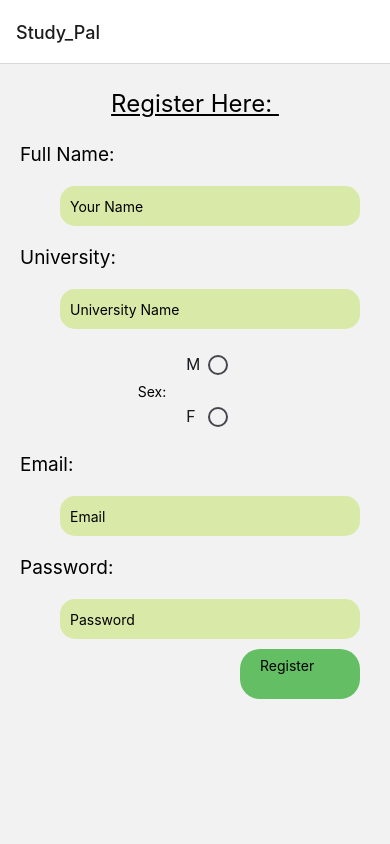
Repository: abdurehmanali611/Study-Pal
Screen: /
An editor plug-in stored every save of this project. The screen is shown before and after the next save, followed by the edit.
The app was drawn by React Native's web renderer in a window 390 px wide. The project was rebuilt for these pictures with package versions that can differ from the ones it lists, and the page was loaded fresh each time. Also part of the build but not shown: Front_Pages/Home.js, Screens/Softwareeng.js, Screens/Computersci.js, Screens/Informationsci.js, Screens/Informationtech.js, Screens/Softwarecards.js, Screens/Computercards.js, Screens/Sciencecards.js and 4 more.

Above is the screen before, as saved 2024-01-23 22:22:46.

### App.js
import { createStackNavigator } from "@react-navigation/stack";
import { NavigationContainer } from "@react-navigation/native";
import Sign_Up from "./Front_Pages/Sign_Up";
import Home from "./Front_Pages/Home";
import Softwareeng from "./Screens/Softwareeng";
import Computersci from "./Screens/Computersci";
import Informationsci from "./Screens/Informationsci";
import Informationtech from "./Screens/Informationtech";
import Softwarecards from "./Screens/Softwarecards";
import Computercards from "./Screens/Computercards";
import Sciencecards from "./Screens/Sciencecards";
import Technologycards from "./Screens/Technologycards";
import About_Us from "./Profile_pages/About_Us";
import Contacts from "./Profile_pages/Contacts";
import Setting from "./Profile_pages/Setting";

const stack = createStackNavigator();

const App = () => {

  return  <NavigationContainer>
       <stack.Navigator initialRouteName="Sign">
       <stack.Screen name="Sign" component={Sign_Up} options={{title: 'Study_Pal'}} />
       <stack.Screen name ="Home" component={Home} options={{title: 'Study_Pal'}}/>
       <stack.Screen name="software" component={Softwareeng} options={{title: 'Study_Pal'}}/>
       <stack.Screen name="softwarecard" component={Softwarecards} options={{title: 'Study_Pal'}}/>
       <stack.Screen name="computer" component={Computersci} options={{title: 'Study_Pal'}}/>
       <stack.Screen name="computercard" component={Computercards} options={{title: 'Study_Pal'}}/>
       <stack.Screen name="information" component={Informationsci} options={{title: 'Study_Pal'}}/>
       <stack.Screen name="informationcard" component={Sciencecards} options={{title: 'Study_Pal'}}/>
       <stack.Screen name="technology" component={Informationtech} options={{title: 'Study_Pal'}}/>
       <stack.Screen name="technologycard" component={Technologycards} options={{title: 'Study_Pal'}}/>
       <stack.Screen name="about" component={About_Us} options={{title: 'Study_Pal'}}/>
       <stack.Screen name="contact" component={Contacts} options={{title: 'Study_Pal'}}/>
       <stack.Screen name="setting" component={Setting} options={{title: 'Study_Pal'}}/>
       </stack.Navigator>
   </NavigationContainer>
}

export default App

### Front_Pages/Sign_Up.js
import { View, Text, TextInput, StyleSheet, ScrollView, TouchableOpacity, Alert } from 'react-native'
import React, { useState, useLayoutEffect } from 'react'
import {RadioButton} from 'react-native-paper'

const Sign_Up = ({navigation}) => {

   const [sex, setSex] = useState('')
   const [name, setName] = useState('')
   const [university, setUniversity] = useState('')
   const [email, setEmail] = useState('')
   const [password, setPassword] = useState('')

   const register = () => {

      if (name == '' || name.startsWith('_') ) {

        Alert.alert(
            'Invalid Input',
            'You have entered an invalid input',
            [
                {text: 'OK'}
        ]
        )
      }else {
           navigation.navigate('Home')
      }
   }

  return <ScrollView
      showsVerticalScrollIndicator = {false}
      style = {styles.overall}>
         <View style = {styles.title}>
            <Text style = {styles.texttitle}>Register Here: </Text>
         </View>
         <View>
            <Text style = {styles.objecttext}>Full Name: </Text>
            <TextInput
            value={name}
            onChangeText={(newname) => setName(newname)}
            style = {styles.textinput}
            placeholder='Your Name'
            textContentType='name'
            />
         </View>
         <View>
            <Text style = {styles.objecttext}>University: </Text>
            <TextInput
            value={university}
            onChangeText={(newuniversity) => setUniversity(newuniversity)}
            style = {styles.textinput}
            placeholder='University Name'
            textContentType='name'
            />
         </View>
         <View style = {{flexDirection: 'row', alignSelf: 'center'}}>
            <View style = {{justifyContent: 'center'}}>
               <Text>Sex: </Text>
            </View>
            <View>
          <RadioButton.Group
          value={sex}
          onValueChange={(yoursex) => setSex(yoursex)}
          >
             <RadioButton.Item
             label='M'
             value='male'
             color='green'
             />
             <RadioButton.Item
             label='F'
             value='female'
             color='red'
             />
          </RadioButton.Group>
          </View>
         </View>
         <View>
         <View>
            <Text style = {styles.objecttext}>Email: </Text>
            <TextInput
            value={email}
            onChangeText={(newemail) => setEmail(newemail)}
            style = {styles.textinput}
            placeholder='Email'
            textContentType='emailAddress'
            />
         </View>
         <View>
            <Text style = {styles.objecttext}>Password: </Text>
            <TextInput
            value={password}
            onChangeText={(newpassword) => setPassword(newpassword)}
            style = {styles.textinput}
            placeholder='Password'
            textContentType='password'
            />
         </View>
         </View>
         <View>
          <TouchableOpacity
          style = {styles.press}
          onPress={register}
          >
             <Text>
                Register
             </Text>
          </TouchableOpacity>
         </View>
        </ScrollView>

}

const randomRGB = () => {

   const red = Math.floor(Math.random() * 256)
   const green = Math.floor(Math.random() * 256)
   const blue = Math.floor(Math.random() * 256)

   return `rgb(${red},${green}, ${blue})`
}

const styles = StyleSheet.create ({

    overall : {
       marginVertical: 10,
       marginHorizontal: 20
    },
    title : {
        alignItems: 'center',
        marginVertical: 15
    },
    texttitle : {
        fontSize: 24,
        textDecorationLine: 'underline'
    },
    objecttext : {
        fontSize: 19,
        marginVertical: 10
    },
    textinput : {
        marginHorizontal: 40,
        borderRadius: 15,
        backgroundColor: randomRGB(),
        width: 300,
        height: 40,
        paddingLeft: 10,
        marginVertical: 10
    },
    press : {
      marginHorizontal: 220,
      borderRadius: 20,
      backgroundColor: `rgb(100,190,100)`,
      height: 50,
      width: 120,
      paddingLeft: 20,
      paddingTop: 8
    }
})

export default Sign_Up

After the next save:
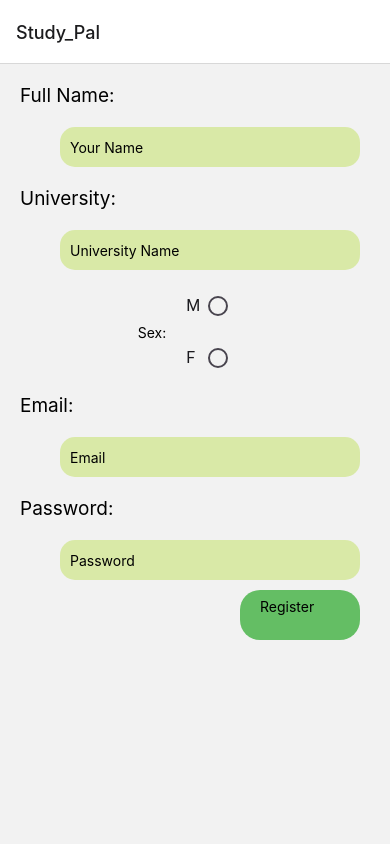
Saved 25 s later.
--- a/Front_Pages/Sign_Up.js
+++ b/Front_Pages/Sign_Up.js
@@ -29,9 +29,6 @@
   return <ScrollView
       showsVerticalScrollIndicator = {false}
       style = {styles.overall}>
-         <View style = {styles.title}>
-            <Text style = {styles.texttitle}>Register Here: </Text>
-         </View>
          <View>
             <Text style = {styles.objecttext}>Full Name: </Text>
             <TextInput

After the save that followed:
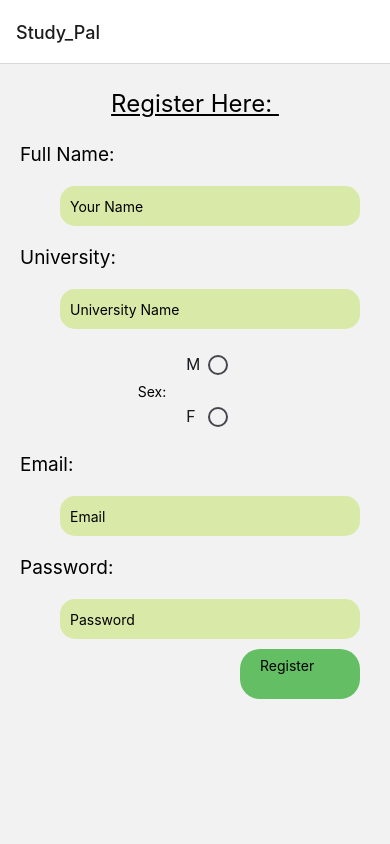
Saved 8 s later.
--- a/Front_Pages/Sign_Up.js
+++ b/Front_Pages/Sign_Up.js
@@ -29,6 +29,9 @@
   return <ScrollView
       showsVerticalScrollIndicator = {false}
       style = {styles.overall}>
+         <View style = {styles.title}>
+            <Text style = {styles.texttitle}>Register Here: </Text>
+         </View>
          <View>
             <Text style = {styles.objecttext}>Full Name: </Text>
             <TextInput
